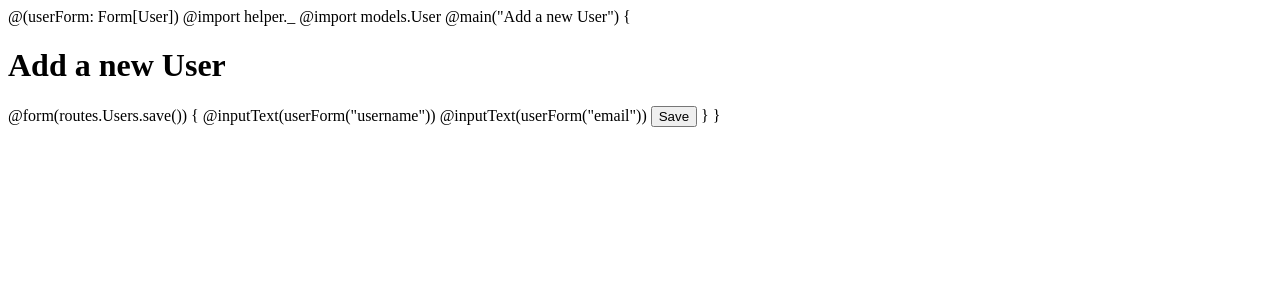
Repository: mlvhub/Learning
Page: Scala/Play!/UserAdmin/app/views/users/add.scala.html
An editor plug-in stored every save of this project. The page is shown before and after the next save, followed by the edit.
The browser window is 1280 px wide. The pictures show the whole page.

Above is the page before, as saved 2013-12-31 22:11:14.

### Scala/Play!/UserAdmin/app/views/users/add.scala.html
@(userForm: Form[User])

@import helper._
@import models.User

@main("Add a new User") {
  <h1>Add a new User</h1>
  @form(routes.Users.save()) {
      @inputText(userForm("username"))
      @inputText(userForm("email"))
      <button type="submit">Save</button>
  }
}

After the next save:
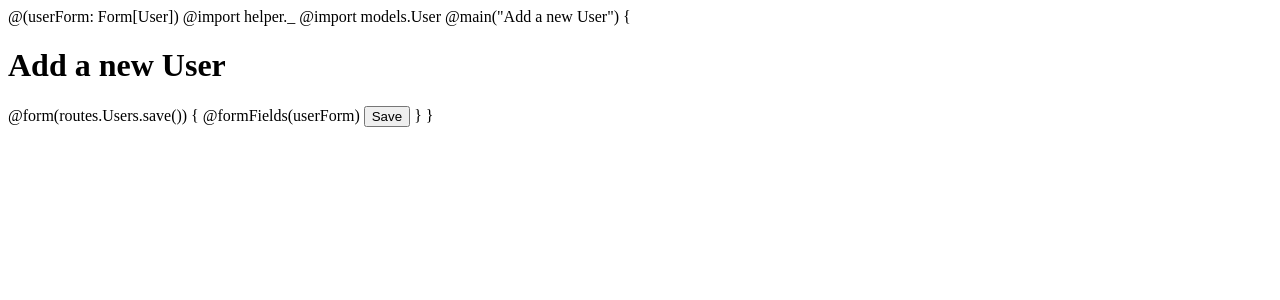
Saved 22 s later.
--- a/Scala/Play!/UserAdmin/app/views/users/add.scala.html
+++ b/Scala/Play!/UserAdmin/app/views/users/add.scala.html
@@ -6,8 +6,7 @@
 @main("Add a new User") {
   <h1>Add a new User</h1>
   @form(routes.Users.save()) {
-      @inputText(userForm("username"))
-      @inputText(userForm("email"))
+      @formFields(userForm)
       <button type="submit">Save</button>
   }
 }
